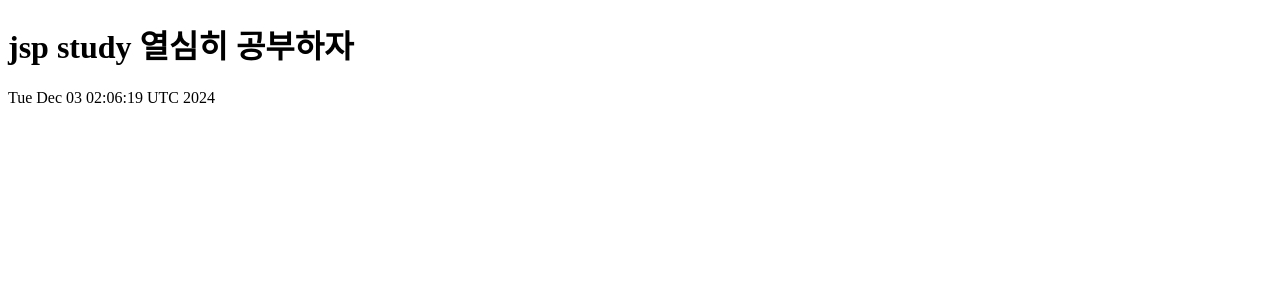
Repository: kdongjin/jspStudy
Page: http://localhost/jspStudy/welcome.jsp
These files come from the project's save history. The page is drawn as it stood at one moment and after the next save; the edit follows.
The browser window is 1280 px wide. The pictures show the whole page.
The page is served by Tomcat 9. Nobody is signed in. The application's start-up code is not run.

Above is the page before, as saved 2024-12-03 06:45:41.

After the next save:
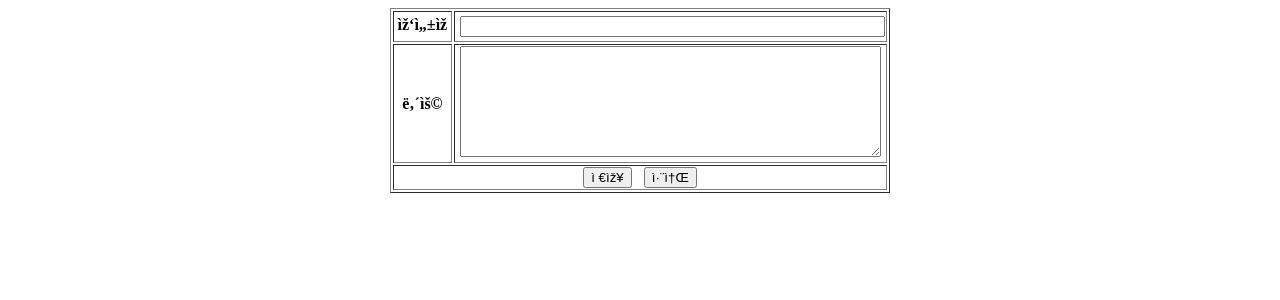
Saved 2 min 16 s later.
--- a/jspStudy/src/main/webapp/welcome.jsp
+++ b/jspStudy/src/main/webapp/welcome.jsp
@@ -1,13 +1,29 @@
-<%@ page language="java" contentType="text/html; charset=UTF-8"
-    pageEncoding="UTF-8"%>
 <!DOCTYPE html>
 <html>
 <head>
 <meta charset="UTF-8">
-<title>Insert title here</title>
+<title>방명록 작성하기</title>
 </head>
 <body>
-	<h1>jsp study 열심히 공부하자</h1>
-	<%= new java.util.Date() %>
+	<form method="post" action="myFirstServlet">
+		<table align="center" width="500" border="1">
+			<tr>
+				<th width="70">작성자</th>
+				<td width="430">&nbsp;<input type="text" name="writer"
+					size="50">
+				</td>
+			</tr>
+			<tr>
+				<th>내용</th>
+				<td>&nbsp;<textarea rows="7" cols="50" name="memo">
+                 </textarea>
+				</td>
+			</tr>
+			<tr>
+				<td colspan="2" align="center"><input type="submit" value="저장">&nbsp;&nbsp;
+					<input type="reset" value="취소"></td>
+			</tr>
+		</table>
+	</form>
 </body>
 </html>
